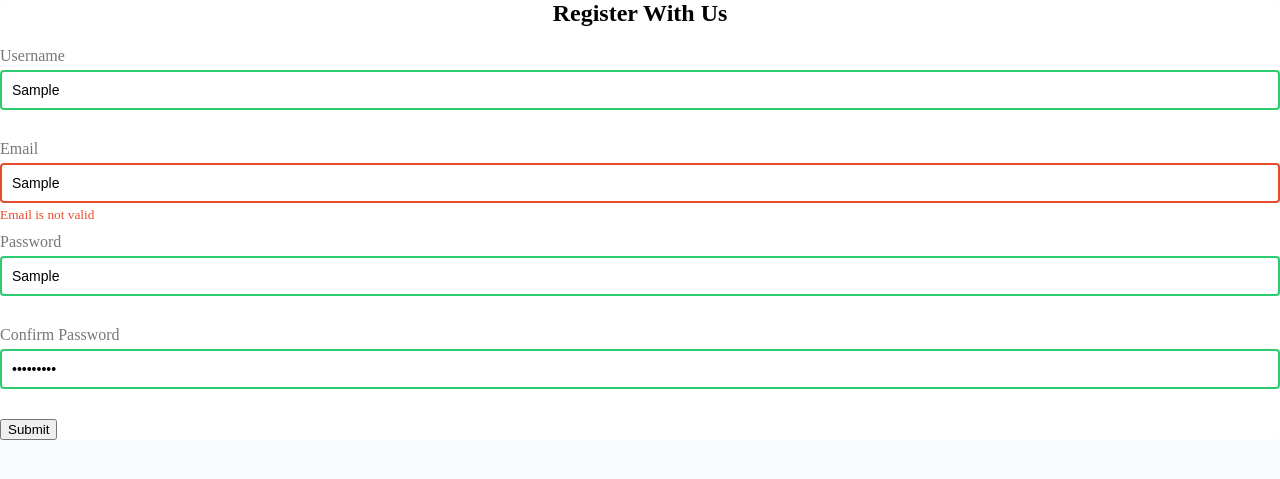
Repository: atko87/Form-Validator-Intro-
Page: index.html
The author's editor kept a copy of each file at every save. The page is drawn from the files as they stood at one save, then again after the next save.
The browser window is 1280 px wide. The pictures show the whole page.
Empty fields were first filled with sample values (such as "Sample", 5 or name@example.com).
After loading, the first visible `#form` was submitted once.

Above is the page before, as saved 2020-03-07 23:48:03.

### index.html
<!DOCTYPE html>
<html lang="en">
  <head>
    <meta charset="UTF-8" />
    <meta name="viewport" content="width=device-width, initial-scale=1.0" />
    <link rel="stylesheet" href="style.css" />
    <title>Form Validator</title>
  </head>
  <body>
    <div class="container">
      <form id="form" class="form">
        <h2>Register With Us</h2>

        <div class="form-control">
          <label for="username">Username</label>
          <input type="text" id="username" placeholder="Enter username" />
          <small>Error message</small>
        </div>
        <div class="form-control">
          <label for="email">Email</label>
          <input type="text" id="email" placeholder="enter Email" />
          <small>Error message</small>
        </div>
        <div class="form-control">
          <label for="password">Password</label>
          <input type="text" id="password" placeholder="Enter password" />
          <small>Error message</small>
        </div>
        <div class="form-control">
          <label for="password2">Confirm Password</label>
          <input
            type="password"
            id="password2"
            placeholder="Enter password again"
          />
          <small>Error message</small>
        </div>
        <button>Submit</button>
      </form>
    </div>

    <script src="script.js"></script>
  </body>
</html>

### style.css
@import url("https://fonts.googleapis.com/css?family=Open+Sans&display=swap");

:root {
  --sucess-color: #2ecc71;
  --error-color: #e74c2c;
}

* {
  box-sizing: border-box;
}

body {
  background-color: #f9fafb;
  font-size: "Open Sans", sans-serif;
  align-items: center;
  justify-content: center;
  min-height: 100vh;
  margin: 0;
}
.container {
  background-color: #fff;
  border-radius: 5px;
  box-shadow: 0 2px 10 px rgba(0, 0, 0, 0.3);
  width: 400 px;
}
h2 {
  text-align: center;
  margin: 0 0 20px;
}

.fomr {
  padding: 30px 40px;
}

.form-control {
  margin-bottom: 10px;
  padding-bottom: 20px;
  position: relative;
}

.form-control label {
  color: #777;
  display: block;
  margin-bottom: 5px;
}
.form-control input {
  border: 2px solid #f0f0f0;
  border-radius: 4px;
  display: block;
  width: 100%;
  padding: 10px;
  font-size: 14px;
}

.form-control input:focus {
  outline: 0;
  border-color: #777;
}

.form-control.success input {
  border-color: var(--sucess-color);
}

.form-control.error input {
  border-color: var(--error-color);
}

.form-control small {
  color: var(--error-color);
  position: absolute;
  bottom: 0;
  left: 0;
  visibility: hidden;
}

.form-control.error small {
  visibility: visible;
}
.from button {
  cursor: pointer;
  background-color: #3498db;
  border: 2px solid #3498db;
  border-radius: 4px;
  color: #fff;
  display: block;
  font-size: 16px;
  padding: 10 px;
  margin-top: 20px;
  width: 100%;
}

### script.js
const form = document.getElementById("form");
const username = document.getElementById("username");
const email = document.getElementById("email");
const password = document.getElementById("password");
const password2 = document.getElementById("password2");

//Show input error message
function showError(input, message) {
  const formControl = input.parentElement;
  formControl.className = "form-control error";
  const small = formControl.querySelector("small");
  small.innerText = message;
}

// Check email is valid

function isValidEmail(email) {
  const re = /^(([^<>()\[\]\\.,;:\s@"]+(\.[^<>()\[\]\\.,;:\s@"]+)*)|(".+"))@((\[[0-9]{1,3}\.[0-9]{1,3}\.[0-9]{1,3}\.[0-9]{1,3}\])|(([a-zA-Z\-0-9]+\.)+[a-zA-Z]{2,}))$/;
  return re.test(String(email).toLowerCase());
}

//Show sucess outline

function showSuccess(input) {
  const formControl = input.parentElement;
  formControl.className = "form-control success";
}

//Event listeners
form.addEventListener("submit", function(e) {
  e.preventDefault();

  if (username.value === "") {
    showError(username, "Username is required");
  } else {
    showSuccess(username);
  }
  if (email.value === "") {
    showError(email, "Email is required");
  } else if (!isValidEmail(email.value)) {
    showError(email, "Email is not valid");
  } else {
    showSuccess(email);
  }
  if (password.value === "") {
    showError(password, "Password is required");
  } else {
    showSuccess(password);
  }
  if (password.value === "") {
    showError(password2, "Password2 is required");
  } else {
    showSuccess(password2);
  }
});

After the next save:
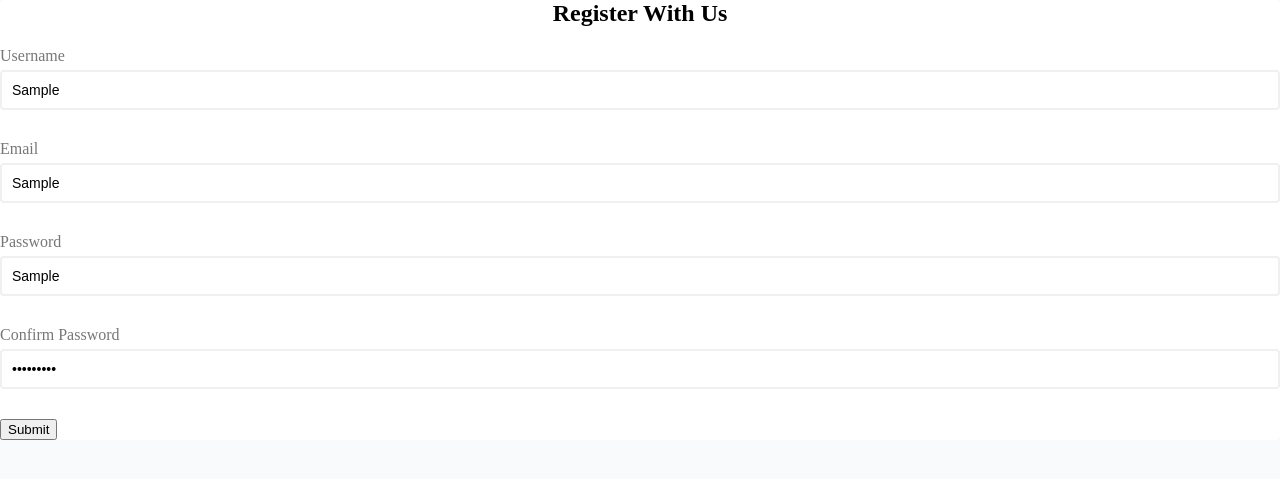
Saved 9 h 22 min later.
--- a/script.js
+++ b/script.js
@@ -21,35 +21,21 @@ function isValidEmail(email) {
 
 //Show sucess outline
 
-function showSuccess(input) {
-  const formControl = input.parentElement;
-  formControl.className = "form-control success";
+// function showSuccess(input) {
+//   const formControl = input.parentElement;
+//   formControl.className = "form-control success";
+// }
+
+// Check required fields
+
+function checkRequired(inputArr) {
+  inputArr.forEach(function(input) {
+    console.log(input);
+  });
 }
 
 //Event listeners
 form.addEventListener("submit", function(e) {
   e.preventDefault();
-
-  if (username.value === "") {
-    showError(username, "Username is required");
-  } else {
-    showSuccess(username);
-  }
-  if (email.value === "") {
-    showError(email, "Email is required");
-  } else if (!isValidEmail(email.value)) {
-    showError(email, "Email is not valid");
-  } else {
-    showSuccess(email);
-  }
-  if (password.value === "") {
-    showError(password, "Password is required");
-  } else {
-    showSuccess(password);
-  }
-  if (password.value === "") {
-    showError(password2, "Password2 is required");
-  } else {
-    showSuccess(password2);
-  }
+  checkRequired([username, email, password, password2]);
 });
